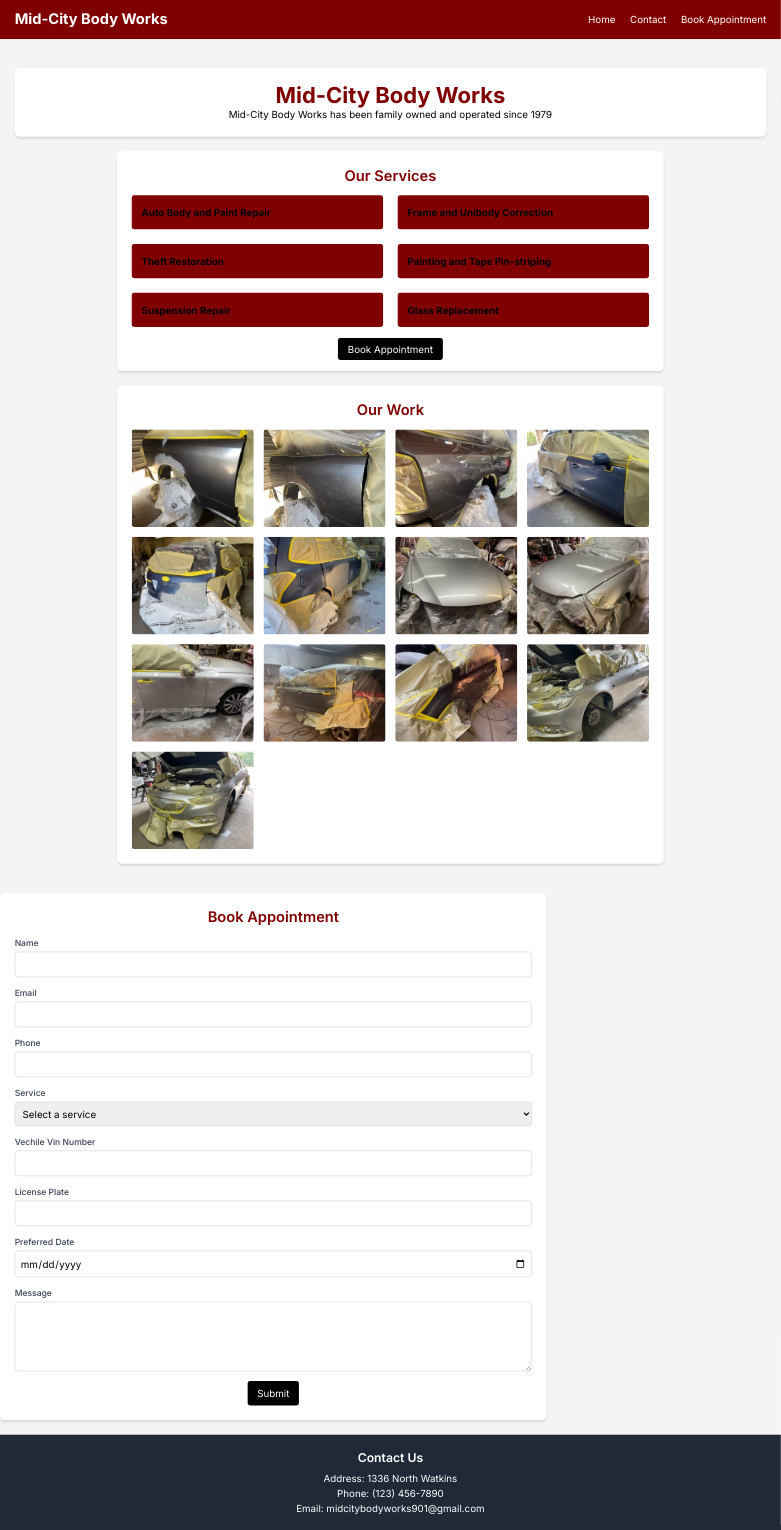
Repository: kayacancode/midcitybodyworks
Page: /
An editor plug-in stored every save of this project. The page is shown before and after a run of saves, followed by the edit.
The browser window is 1280 px wide. The pictures show the whole page, at 61% of full size.
The project was rebuilt for these pictures with package versions that can differ from the ones it lists, and the page was loaded fresh each time. The framework's server and built-in components were replaced by stand-ins that run in the browser. Also part of the build but not shown: next.config.mjs.

Above is the page before, as saved 2024-06-29 12:39:23.

### src/app/page.js
"use client";

import Image from "next/image";
import { useState } from 'react';

export default function Home() {
  const [formData, setFormData] = useState({
    name: '',
    email: '',
    phone: '',
    service: '',
    date: '',
    message: '',
    vechiclevin:'',
    licenseplate:'',

  });

  const handleChange = (e) => {
    setFormData({ ...formData, [e.target.name]: e.target.value });
  };

  const handleSubmit = (e) => {
    e.preventDefault();

    // Send form data to Formspree
    fetch('https://formspree.io/YOUR_FORMSPREE_ENDPOINT', {
      method: 'POST',
      headers: {
        'Content-Type': 'application/json'
      },
      body: JSON.stringify(formData)
    })
      .then((response) => {
        if (response.ok) {
          alert('Your appointment request has been sent!');
        } else {
          alert('There was a problem with your submission.');
        }
      })
      .catch((error) => {
        console.error('Error:', error);
        alert('There was a problem with your submission.');
      });
  };

  return (
    <div className="min-h-screen bg-gray-100 flex flex-col">
      {/* Navigation Bar */}
      <header className="bg-[#800001] text-white w-full py-4 flex justify-between items-center px-6">
        <div className="text-2xl font-bold">Mid-City Body Works</div>
        <nav>
          <ul className="flex space-x-6">
            <li><a href="#home" className="hover:underline">Home</a></li>
            <li><a href="#contact" className="hover:underline">Contact</a></li>
            <li><a href="#appointment" className="hover:underline">Book Appointment</a></li>
          </ul>
        </nav>
      </header>

      {/* Hero Section */}
      <main className="flex flex-col items-center p-6">
        <section id="home" className="w-full bg-white p-6 rounded-lg shadow-md mt-6 text-center">
          <h1 className="text-4xl font-bold text-[#800001]">Mid-City Body Works</h1>
          <p>Mid-City Body Works has been family owned and operated since 1979</p>
        </section>

        {/* Our Services Section */}
        <section className="w-full max-w-4xl bg-white p-6 rounded-lg shadow-md mt-6">
          <h2 className="text-2xl font-semibold mb-4 text-[#800001] text-center">Our Services</h2>
          <div className="grid grid-cols-1 sm:grid-cols-2 gap-6">
            <div className="bg-[#800001] p-4 rounded">
              <h3 className="font-bold">Auto Body and Paint Repair</h3>
            </div>
            <div className="bg-[#800001] p-4 rounded">
              <h3 className="font-bold">Frame and Unibody Correction</h3>
            </div>
            <div className="bg-[#800001] p-4 rounded">
              <h3 className="font-bold">Theft Restoration</h3>
            </div>
            <div className="bg-[#800001] p-4 rounded">
              <h3 className="font-bold">Painting and Tape Pin-striping</h3>
            </div>
            <div className="bg-[#800001] p-4 rounded">
              <h3 className="font-bold">Suspension Repair</h3>
            </div>
            <div className="bg-[#800001] p-4 rounded">
              <h3 className="font-bold">Glass Replacement</h3>
            </div>
          </div>
          <div className="text-center mt-6">
            <a href="#appointment" className="bg-black text-white px-4 py-2 rounded hover:bg-[#800001]">Book Appointment</a>
          </div>
        </section>

        {/*  Photo Section */}
        <section className="w-full max-w-4xl bg-white p-6 rounded-lg shadow-md mt-6">
          <h2 className="text-2xl font-semibold mb-4 text-center text-[#800001]">Our Work</h2>
          <div className="grid grid-cols-2 sm:grid-cols-4 gap-4">
            <div className="relative w-full h-40">
              <Image src="/car1.png" alt="Placeholder Image 1" layout="fill" objectFit="cover" className="rounded" />
            </div>
            <div className="relative w-full h-40">
              <Image src="/car2.jpeg" alt="Placeholder Image 2" layout="fill" objectFit="cover" className="rounded" />
            </div>
            <div className="relative w-full h-40">
              <Image src="/car3.jpeg" alt="Placeholder Image 3" layout="fill" objectFit="cover" className="rounded" />
            </div>
            <div className="relative w-full h-40">
              <Image src="/car4.jpeg" alt="Placeholder Image 4" layout="fill" objectFit="cover" className="rounded" />
            </div>
            <div className="relative w-full h-40">
              <Image src="/car5.jpeg" alt="Placeholder Image 4" layout="fill" objectFit="cover" className="rounded" />
            </div>
            <div className="relative w-full h-40">
              <Image src="/car6.jpeg" alt="Placeholder Image 4" layout="fill" objectFit="cover" className="rounded" />
            </div>
            <div className="relative w-full h-40">
              <Image src="/car7.jpeg" alt="Placeholder Image 4" layout="fill" objectFit="cover" className="rounded" />
            </div>
            <div className="relative w-full h-40">
              <Image src="/car8.jpeg" alt="Placeholder Image 4" layout="fill" objectFit="cover" className="rounded" />
            </div>
            <div className="relative w-full h-40">
              <Image src="/car9.png" alt="Placeholder Image 4" layout="fill" objectFit="cover" className="rounded" />
            </div>
            <div className="relative w-full h-40">
              <Image src="/car10.jpeg" alt="Placeholder Image 4" layout="fill" objectFit="cover" className="rounded" />
            </div>
            <div className="relative w-full h-40">
              <Image src="/car11.jpeg" alt="Placeholder Image 4" layout="fill" objectFit="cover" className="rounded" />
            </div>
            <div className="relative w-full h-40">
              <Image src="/car12.jpeg" alt="Placeholder Image 4" layout="fill" objectFit="cover" className="rounded" />
            </div>
            <div className="relative w-full h-40">
              <Image src="/car13.jpeg" alt="Placeholder Image 4" layout="fill" objectFit="cover" className="rounded" />
            </div>
          </div>
        </section>
      </main>
      <section id="appointment" className="w-full max-w-4xl bg-white p-6 rounded-lg shadow-md mt-6">
          <h2 className="text-2xl font-semibold mb-4 text-[#800001] text-center">Book Appointment</h2>
          <form onSubmit={handleSubmit} className="space-y-4">
            <div>
              <label htmlFor="name" className="block text-sm font-medium text-gray-700">Name</label>
              <input
                type="text"
                name="name"
                id="name"
                value={formData.name}
                onChange={handleChange}
                required
                className="mt-1 p-2 block w-full border border-gray-300 rounded-md"
              />
            </div>
            <div>
              <label htmlFor="email" className="block text-sm font-medium text-gray-700">Email</label>
              <input
                type="email"
                name="email"
                id="email"
                value={formData.email}
                onChange={handleChange}
                required
                className="mt-1 p-2 block w-full border border-gray-300 rounded-md"
              />
            </div>
            <div>
              <label htmlFor="phone" className="block text-sm font-medium text-gray-700">Phone</label>
              <input
                type="tel"
                name="phone"
                id="phone"
                value={formData.phone}
                onChange={handleChange}
                required
                className="mt-1 p-2 block w-full border border-gray-300 rounded-md"
              />
            </div>
            <div>
              <label htmlFor="service" className="block text-sm font-medium text-gray-700">Service</label>
              <select
                name="service"
                id="service"
                value={formData.service}
                onChange={handleChange}
                required
                className="mt-1 p-2 block w-full border border-gray-300 rounded-md text-black"
              >
                <option value="">Select a service</option>
                <option value="Auto Body and Paint Repair">Auto Body and Paint Repair</option>
                <option value="Frame and Unibody Correction">Frame and Unibody Correction</option>
                <option value="Theft Restoration">Theft Restoration</option>
                <option value="Painting and Tape Pin-striping">Painting and Tape Pin-striping</option>
                <option value="Suspension Repair">Suspension Repair</option>
                <option value="Glass Replacement">Glass Replacement</option>
              </select>
            </div>
            <div>
            <label htmlFor="vechiclevin" className="block text-sm font-medium text-gray-700">Vechile Vin Number</label>
              <input
                type="vechiclevin"
                name="vechiclevin"
                id="vechiclevin"
                value={formData.vechiclevin}
                onChange={handleChange}
                required
                className="mt-1 p-2 block w-full border border-gray-300 rounded-md"
              />
            </div>
            <div>
            <label htmlFor="licenseplate" className="block text-sm font-medium text-gray-700">License Plate</label>
              <input
                type="licenseplate"
                name="licenseplate"
                id="licenseplate"
                value={formData.licenseplate}
                onChange={handleChange}
                required
                className="mt-1 p-2 block w-full border border-gray-300 rounded-md"
              />
            </div>
            <div>
              <label htmlFor="date" className="block text-sm font-medium text-gray-700">Preferred Date</label>
              <input
                type="date"
                name="date"
                id="date"
                value={formData.date}
                onChange={handleChange}
                required
                className="mt-1 p-2 block w-full border border-gray-300 rounded-md"
              />
            </div>
            <div>
              <label htmlFor="message" className="block text-sm font-medium text-gray-700">Message</label>
              <textarea
                name="message"
                id="message"
                value={formData.message}
                onChange={handleChange}
                rows="4"
                className="mt-1 p-2 block w-full border border-gray-300 rounded-md"
              ></textarea>
            </div>
            <div className="text-center">
              <button
                type="submit"
                className="bg-black text-white px-4 py-2 rounded hover:bg-[#800001]"
              >
                Submit
              </button>
            </div>
          </form>
        </section>
      {/* Footer */}
      <footer className="bg-gray-800 text-white w-full py-6 mt-6">
        <div className="text-center">
          <h3 className="text-xl font-semibold mb-2">Contact Us</h3>
          <p>Address: 1336 North Watkins </p>
          <p>Phone: (123) 456-7890</p>
          <p>Email: midcitybodyworks901@gmail.com</p>
        </div>
      </footer>
    </div>
  );
}

Loaded but not shown: src/app/layout.js (common file); src/app/globals.css (common file); tailwind.config.js (common file)

After the next 2 saves:
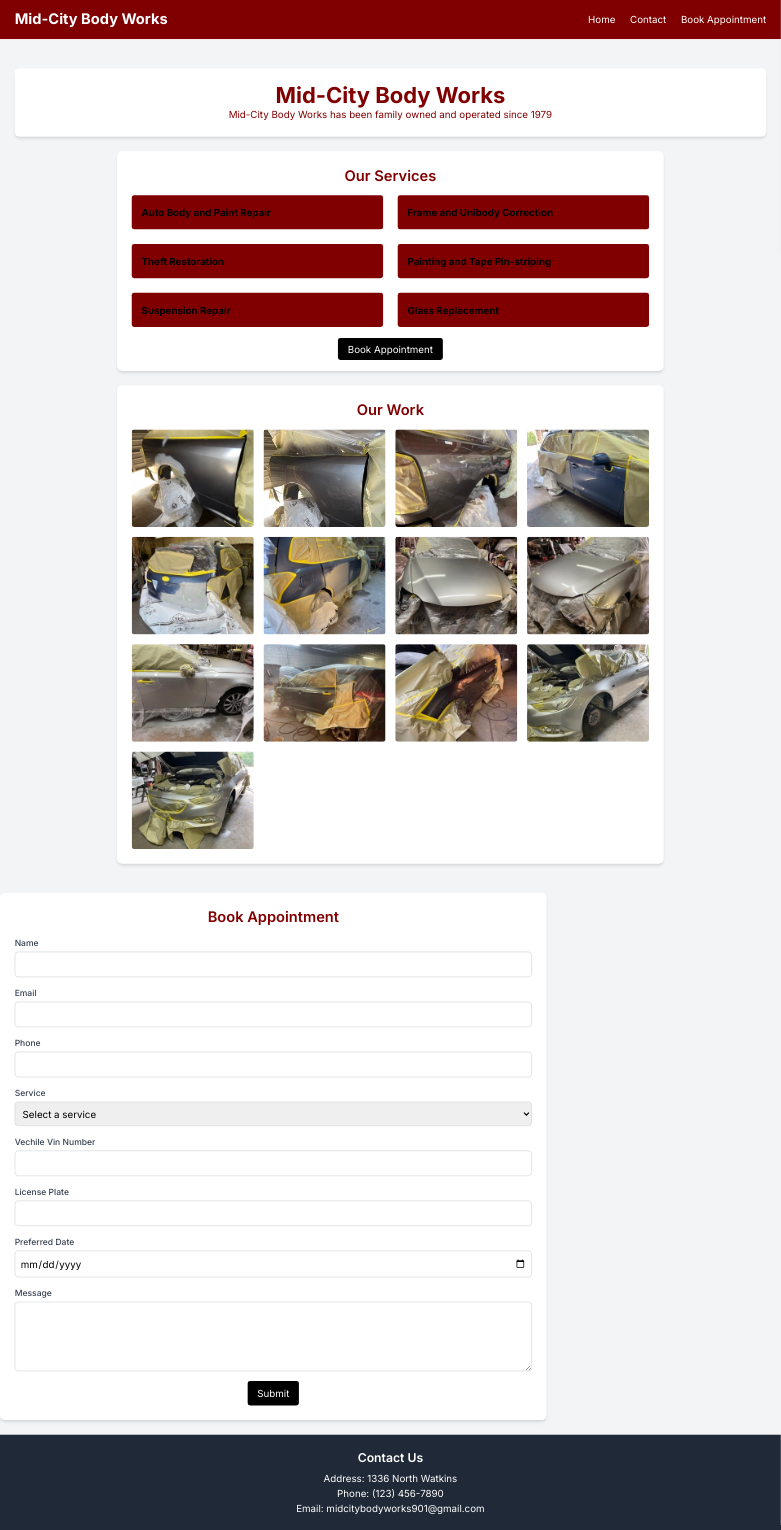
The 2 saves are shown as one change because they came seconds apart.
The last was saved 9 s later.
--- a/src/app/page.js
+++ b/src/app/page.js
@@ -60,7 +60,7 @@ export default function Home() {
 
       {/* Hero Section */}
       <main className="flex flex-col items-center p-6">
-        <section id="home" className="w-full bg-white p-6 rounded-lg shadow-md mt-6 text-center">
+        <section id="home" className="w-full bg-white p-6 rounded-lg shadow-md mt-6 text-center text-[#800001]">
           <h1 className="text-4xl font-bold text-[#800001]">Mid-City Body Works</h1>
           <p>Mid-City Body Works has been family owned and operated since 1979</p>
         </section>
